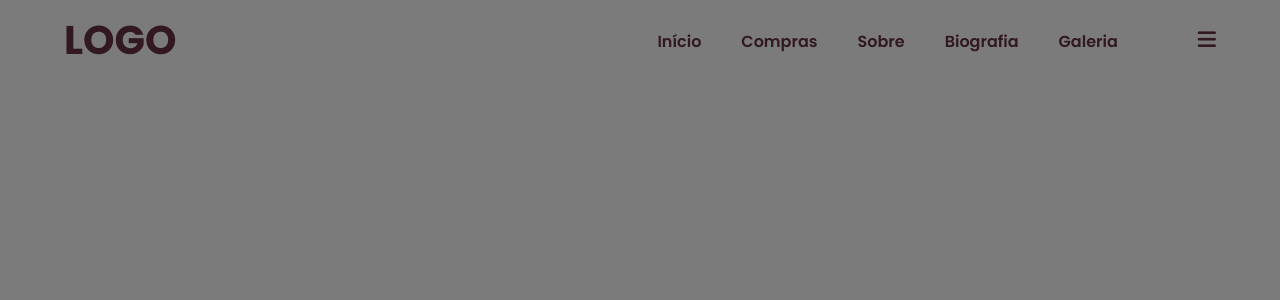
Repository: Matheus904-12/Teste
Page: teste.html
The author's editor kept a copy of each file at every save. The page is drawn from the files as they stood at one save, then again after the next save.
The browser window is 1280 px wide. The pictures show the whole page.
Some web libraries are served in a nearby version.

Above is the page before, as saved 2023-11-01 10:36:15.

### teste.html
<!DOCTYPE html>
<html lang="en">
<head>
    <meta charset="UTF-8">
    <meta name="viewport" content="width=device-width, initial-scale=1.0">
    <title>Document</title>
    <link rel="stylesheet" href="css.css">
    <link rel="stylesheet" href="https://cdnjs.cloudflare.com/ajax/libs/font-awesome/6.4.0/css/all.min.css">
    <script src="https://cdn.jsdelivr.net/npm/gsap@3.12.2/dist/gsap.min.js"></script>
</head>
<body>
    <header>
        <div class="logo">
            Logo
        </div>
        <nav>
            <ul class="menu">
                <li><a href="#">Início</a></li>
                <li><a href="#">Compras</a></li>
                <li><a href="#">Sobre</a></li>
                <li><a href="#">Biografia</a></li>
                <li><a href="#">Galeria</a></li>
            </ul>
            <i class="fa-solid fa-bars" id="toggle"></i>
        </nav>
    </header>
</body>
</html>

### css.css
@import url('https://fonts.googleapis.com/css?family=Poppins:ital,wght@0,100;0,200;0,300;0,400;0,500;0,600;0,700;0,800;0,900;1,100;1,200;1,300;1,400;1,500;1,600;1,700;1,800;1,900&display=swap');

*{
    margin: 0;
    padding: 0;
    box-sizing: border-box;
    list-style: none;
    text-decoration: none;
    font-family: "Poppins", sans-serif;
}

body {
    min-height: 100vh;
    min-width: 400px;
    overflow: hidden;
    background-color: #7b7b7b;
}

header {
    display: flex;
    align-items: center;
    justify-content: flex-end;
    width: 100%;
    height: 80px;
    padding: 0 5%;
    color: #311822;
    font-size: 18px;
}

header .logo {
    color:#311822;
    font-size: 2.5rem;
    font-weight: 700;
    text-transform: uppercase;
    margin-right: auto;
}

header nav {
    display: flex;
    align-items: center;
}

header nav .menu {
    display: flex;
    align-items:center;
}

header nav .menu li a {
    position: relative;
    color:#311822;
    font-size: 1rem;
    font-weight: 600;
    margin-left: 40px;
    border-radius: 0.4rem;
    transition: color 0.4s ease;
}

header nav .menu li a:hover {
    color: #fff
}

header nav #toggle {
    font-size: 1.3rem;
    margin-left: 80px;
    cursor: pointer;
}

@media (max-width:800px) {
    .home {
        min-width: 390px;
    }
    .home h1 {
        margin-top: 5px;
        font-size: 4rem;
        font-weight: 700;
    }
    .home h2 {
        margin-top: 10px;
    }
    header nav .menu{
        flex-direction: column;
        row-gap: 2rem;
        position: absolute;
        left: -100%;
        top: 80px;
        width: 100%;
        padding-top: 110px;
        background: #311822;
        height: calc(100vh - 80px);
        z-index: 10;
        transition: left 0.4s ease;
    }
    header nav .menu.active{
        left: 0;
    }
    header nav .menu li a {
        margin-left: unset;
        font-size: 2rem;
        font-weight: 700;
        text-transform: uppercase;
        color: #ffffff;
        width: 250px;
        height: 60px;
        line-height: 60px;
        display: block;
        text-align: center;
        border-radius: 5px;
        transition: 0.25s ease;
    }
    header nav .menu li a:hover {
        background: #ffffff;
        color: #311822
    }
}

After the next save:
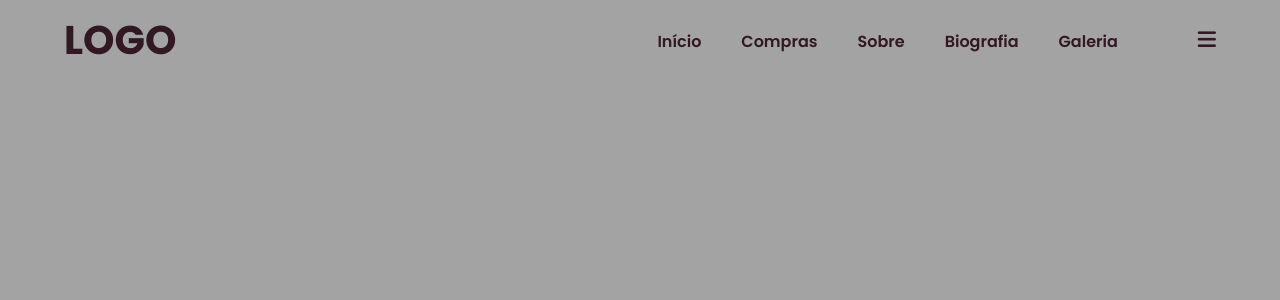
Saved 8 s later.
--- a/css.css
+++ b/css.css
@@ -13,7 +13,7 @@ body {
     min-height: 100vh;
     min-width: 400px;
     overflow: hidden;
-    background-color: #7b7b7b;
+    background-color: #a3a3a3;
 }
 
 header {
